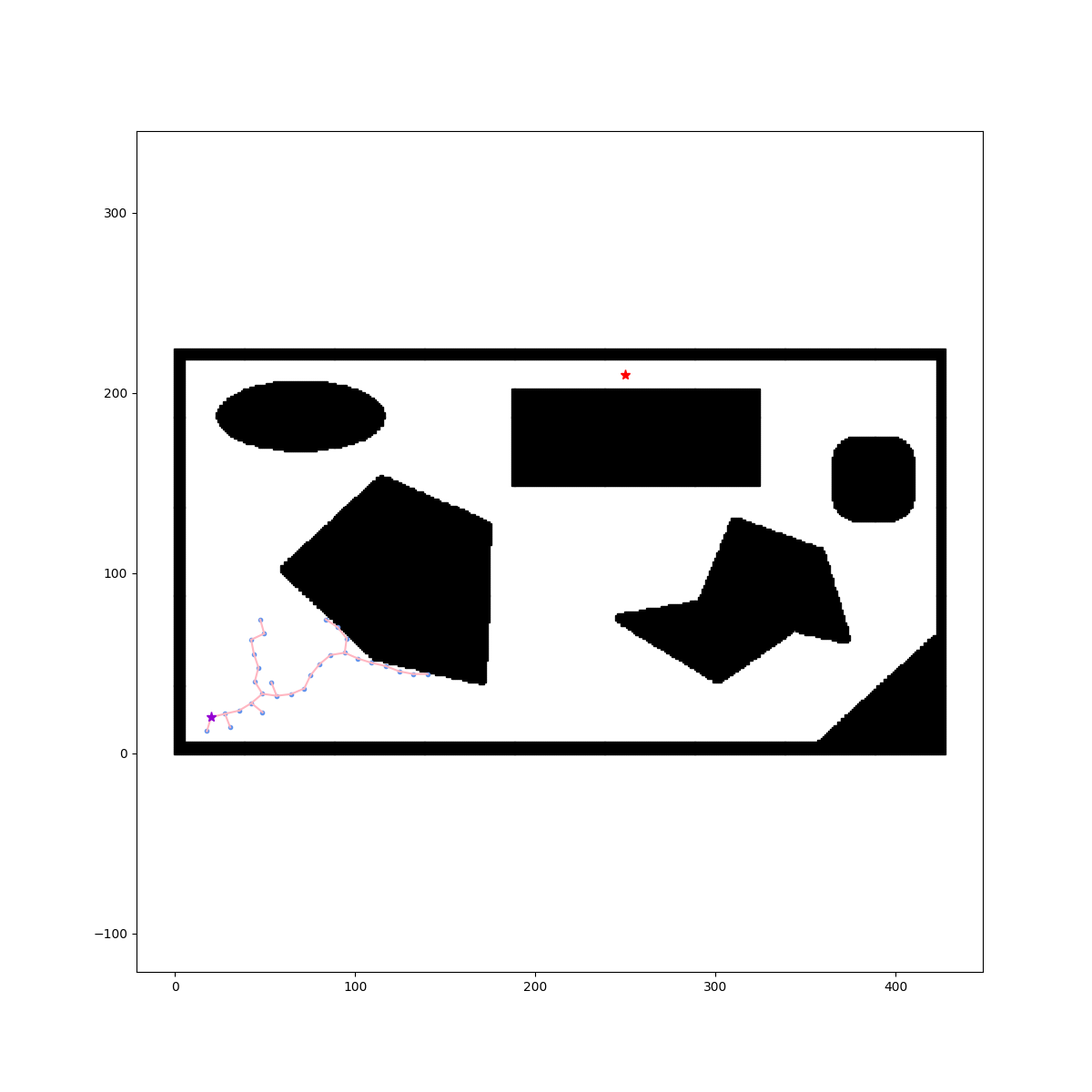
Repository: BaoL067/Pnc-Learning
Script's output: python sampling_based_planner/rrt_star.py
An editor plug-in stored every save of this project. The script's output is shown before and after the next save, followed by the edit.
The pictures are shown at 91% of full size.
Animations are shown at an early frame. Random numbers start from a fixed seed. It also reads sampling_based_planner/maps/map3.png.

Above is the script's output before, as saved 2024-10-06 15:22:11.

After the next save:
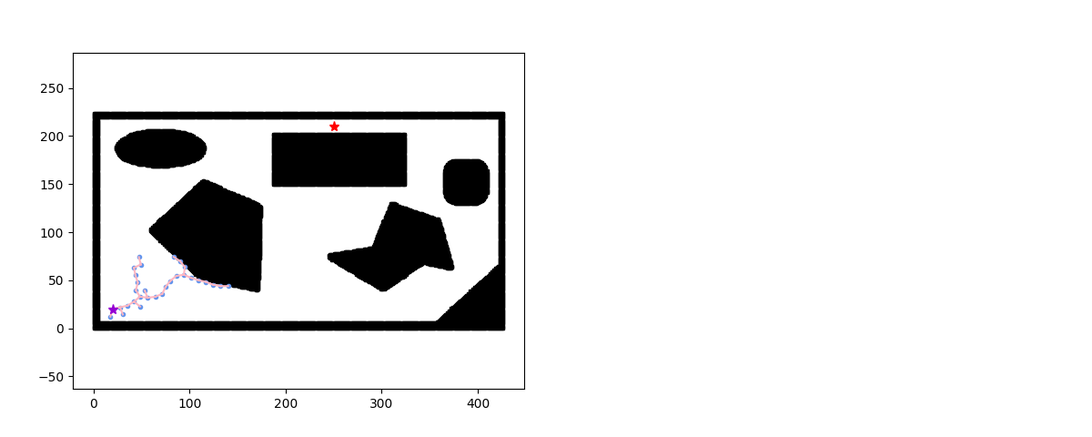
Saved 2 min 30 s later.
--- a/sampling_based_planner/rrt_star.py
+++ b/sampling_based_planner/rrt_star.py
@@ -248,7 +248,7 @@
                 obs_x_list.append(x)
                 obs_y_list.append(y)
 
-    plt.figure(figsize=(12, 12))
+    # plt.figure(figsize=(12, 12))
     plt.axis("equal")
     plt.plot(obs_x_list, obs_y_list, 'sk', markersize=2)
 

After the save that followed:
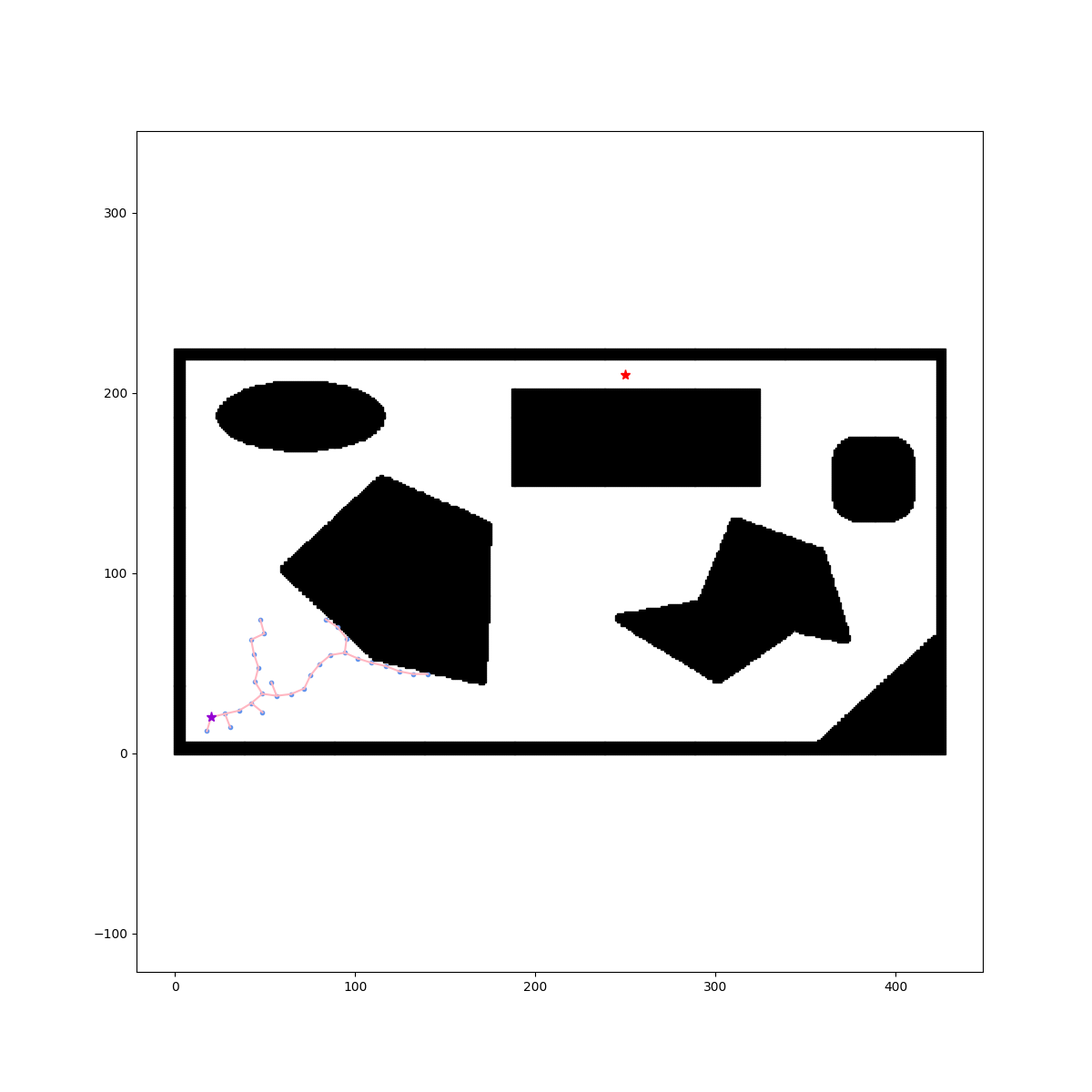
Saved 14 s later.
--- a/sampling_based_planner/rrt_star.py
+++ b/sampling_based_planner/rrt_star.py
@@ -248,7 +248,7 @@
                 obs_x_list.append(x)
                 obs_y_list.append(y)
 
-    # plt.figure(figsize=(12, 12))
+    plt.figure(figsize=(12, 12))
     plt.axis("equal")
     plt.plot(obs_x_list, obs_y_list, 'sk', markersize=2)
 
